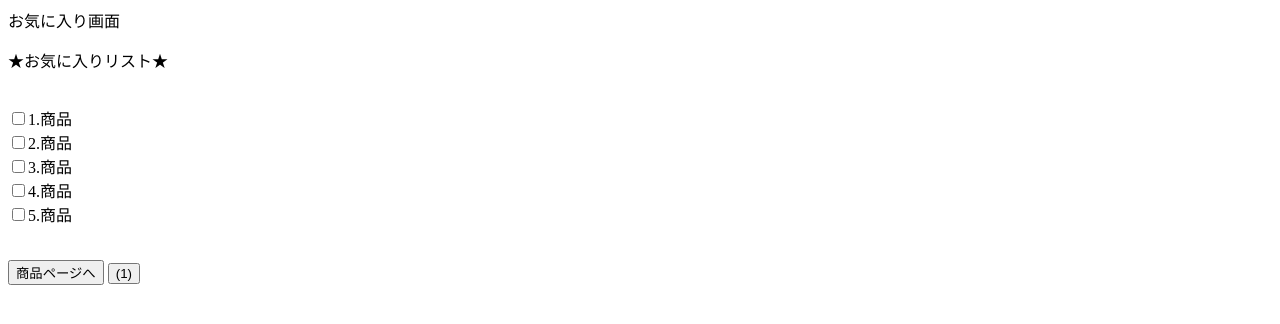
Repository: nathox/backup
Page: http://localhost/Favorite/a.jsp
The author's editor kept a copy of each file at every save. The page is drawn from the files as they stood at one save, then again after the next save.
The browser window is 1280 px wide. The pictures show the whole page.
The page is served by Tomcat 9. Other server files are loaded and not shown.

Above is the page before, as saved 2018-02-06 01:48:46.

### Favorite/WebContent/a.jsp
<%@ page language="java" contentType="text/html; charset=UTF-8"
    pageEncoding="UTF-8"%>
<!DOCTYPE html PUBLIC "-//W3C//DTD HTML 4.01 Transitional//EN" "http://www.w3.org/TR/html4/loose.dtd">
<html>
<head>
<meta http-equiv="Content-Type" content="text/html; charset=UTF-8">
<title>Insert title here</title>
</head>
<body>



<form name="frmMove">
<script language=javascript>
function obakasannemou(){
objChk = frmMove.chkMove //チェックボックスオブジェクトを参照
str = ""; //チェック内容を代入する変数
for(i = 0 ; i < objChk.length;i++){
if(objChk[i].checked) str += objChk[i].value
}
switch(str){
case "1":
location.href="https://www.yahoo.co.jp/";
break;
case "2":
location.href="https://www.google.co.jp";
break;

case "3":
location.href="https://www.biglobe.ne.jp/";
break;

case "4":
location.href="https://www.goo.ne.jp/";
break;

case "5":
location.href="https://www.google.co.jp/maps";
break;


}
}
</script>

お気に入り画面
<p>
★お気に入りリスト★
</p>

<p>
<br>
<input type="checkbox" value="1" name="chkMove">1.商品
<br><input type="checkbox" value="2" name="chkMove">2.商品
<br><input type="checkbox" value="3" name="chkMove">3.商品
<br><input type="checkbox" value="4" name="chkMove">4.商品
<br><input type="checkbox" value="5" name="chkMove">5.商品
</p>

<p>
<br><input type="button" value="商品ページへ" onclick="obakasannemou()">


<INPUT TYPE="button" VALUE="(1)" onClick="location.href='1.html'">

</p>
</form>





</body>
</html>

After the next save:
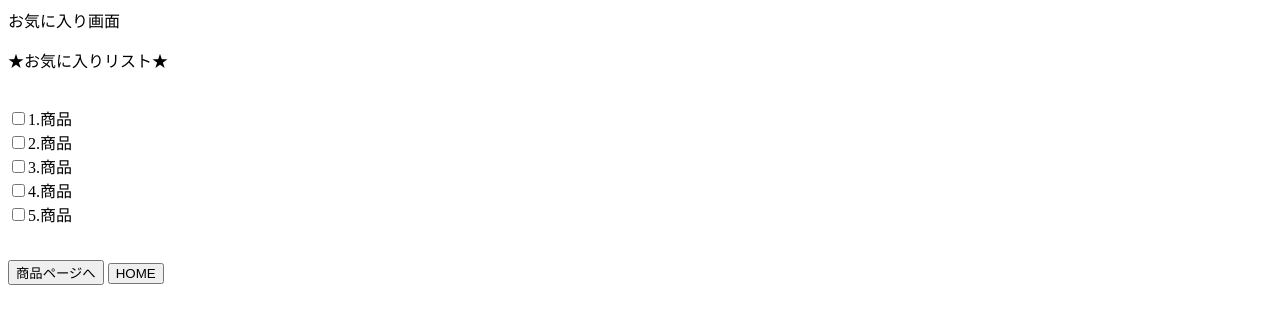
Console error (its wording comes from the project's code and is left out).
Saved 53 s later.
--- a/Favorite/WebContent/a.jsp
+++ b/Favorite/WebContent/a.jsp
@@ -61,7 +61,7 @@
 <br><input type="button" value="商品ページへ" onclick="obakasannemou()">
 
 
-<INPUT TYPE="button" VALUE="(1)" onClick="location.href='1.html'">
+<INPUT TYPE="button" VALUE="HOME" onClick="https://www.yahoo.co.jp/">
 
 </p>
 </form>

After the 2 saves that followed:
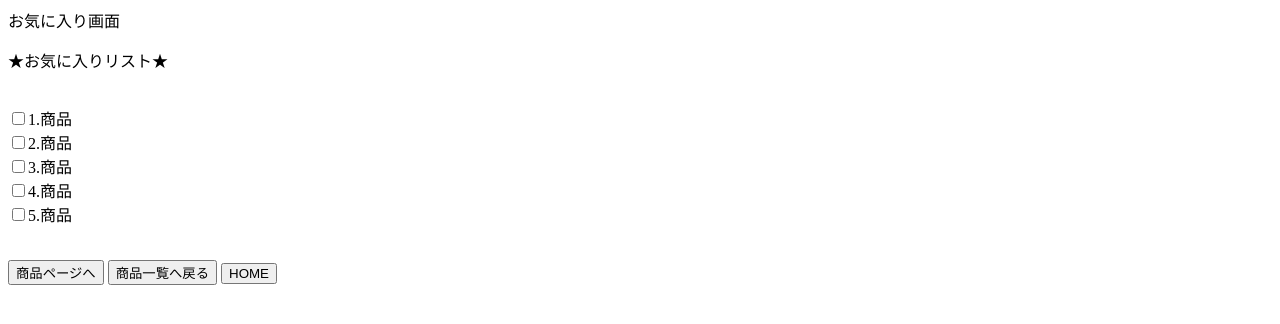
The error is gone.
The 2 saves are shown as one change because 1 left the picture as it was.
The last was saved 12 min 32 s later.
--- a/Favorite/WebContent/a.jsp
+++ b/Favorite/WebContent/a.jsp
@@ -61,7 +61,9 @@
 <br><input type="button" value="商品ページへ" onclick="obakasannemou()">
 
 
-<INPUT TYPE="button" VALUE="HOME" onClick="https://www.yahoo.co.jp/">
+<INPUT TYPE="button" VALUE="商品一覧へ戻る" onClick="location.href='https://www.yahoo.co.jp/'">
+
+<INPUT TYPE="button" VALUE="HOME" onClick="location.href='https://www.yahoo.co.jp/'">
 
 </p>
 </form>
